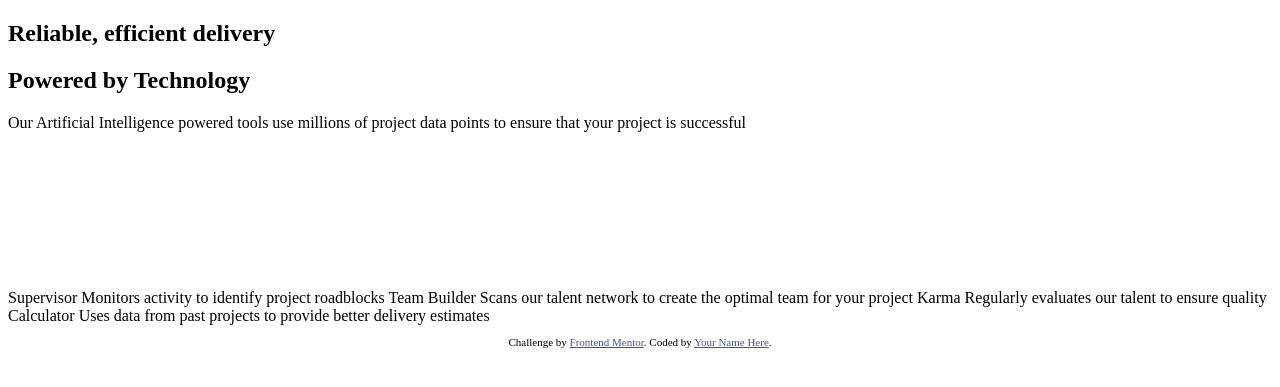
Repository: BuduCE/four-card-feature-section-master
Page: index.html
The author's editor kept a copy of each file at every save. The page is drawn from the files as they stood at one save, then again after the next save.
The browser window is 1280 px wide. The pictures show the whole page.

Above is the page before, as saved 2023-06-01 21:27:39.

### index.html
<!DOCTYPE html>
<html lang="en">
<head>
  <meta charset="UTF-8">
  <meta name="viewport" content="width=device-width, initial-scale=1.0"> <!-- displays site properly based on user's device -->

  <link rel="icon" type="image/png" sizes="32x32" href="./images/favicon-32x32.png">

  <title>Frontend Mentor | Four card feature section</title>

  <!-- Feel free to remove these styles or customise in your own stylesheet 👍 -->
  <style>
    .attribution { font-size: 11px; text-align: center; }
    .attribution a { color: hsl(228, 45%, 44%); }
  </style>
</head>
<body>
  <h2>Reliable, efficient delivery</h2>
  <h2>Powered by Technology</h2>

  <p>Our Artificial Intelligence powered tools use millions of project data points
  to ensure that your project is successful</p>

  <div class="product_card">
    <div class="card_containers">
      <div class="card">
        <h4></h4>
        <p></p>
        <img src="" alt="">
      </div>
      <div class="card">
        <h4></h4>
        <p></p>
        <img src="" alt="">
      </div>
      <div class="card">
        <h4></h4>
        <p></p>
        <img src="" alt="">
      </div>
      <div class="card">
        <h4></h4>
        <p></p>
        <img src="" alt="">
      </div>
    </div>
    <div class="card_containers"></div>
    <div class="card_containers"></div>
  </div>

  Supervisor
  Monitors activity to identify project roadblocks

  Team Builder
  Scans our talent network to create the optimal team for your project

  Karma
  Regularly evaluates our talent to ensure quality

  Calculator
  Uses data from past projects to provide better delivery estimates


  <footer>
    <p class="attribution">
      Challenge by <a href="https://www.frontendmentor.io?ref=challenge" target="_blank">Frontend Mentor</a>.
      Coded by <a href="#">Your Name Here</a>.
    </p>
  </footer>
</body>
</html>

After the next save:
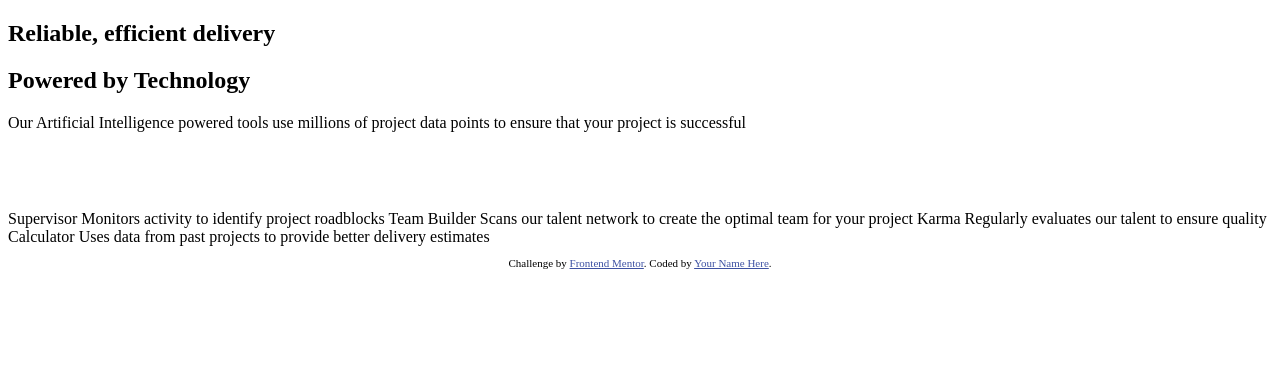
Saved 11 s later.
--- a/index.html
+++ b/index.html
@@ -28,16 +28,7 @@
         <p></p>
         <img src="" alt="">
       </div>
-      <div class="card">
-        <h4></h4>
-        <p></p>
-        <img src="" alt="">
-      </div>
-      <div class="card">
-        <h4></h4>
-        <p></p>
-        <img src="" alt="">
-      </div>
+
       <div class="card">
         <h4></h4>
         <p></p>
